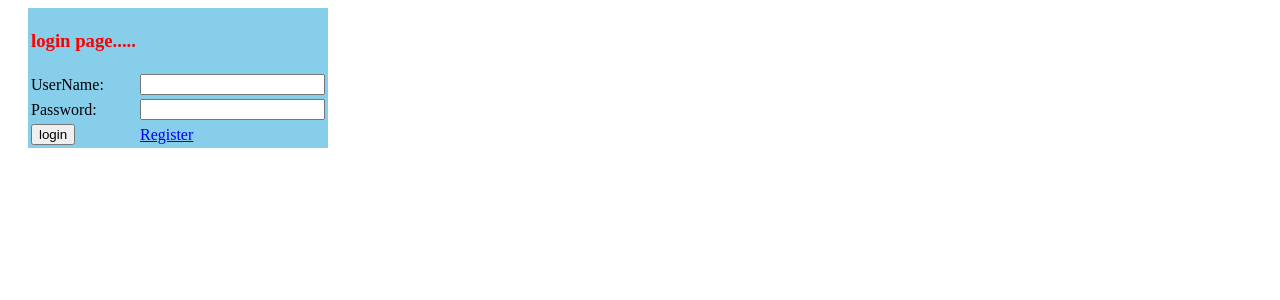
Repository: KeshavDeveloper/Dynamic-web-app
Page: http://localhost/MyRegistrationProject/
These files come from the project's save history. The page is drawn as it stood at one moment and after the next save; the edit follows.
The browser window is 1280 px wide. The pictures show the whole page.
The page is served by Tomcat 9.

Above is the page before, as saved 2018-06-26 21:51:09.

After the next save:
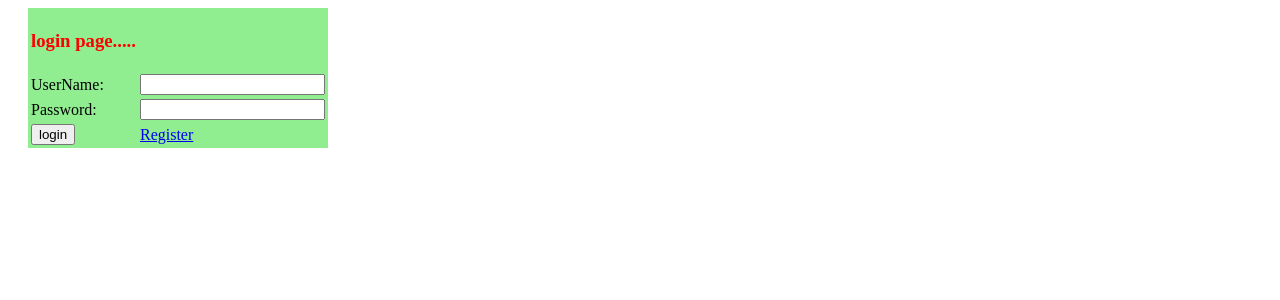
Saved 27 min 56 s later.
--- a/MyRegistrationProject/WebContent/login.jsp
+++ b/MyRegistrationProject/WebContent/login.jsp
@@ -8,7 +8,7 @@
 </head>
 <body>
 <form action="LoginRegister">
-<table style="background-color:skyblue;margin-left:20px;margin-right:20px;">
+<table style="background-color:lightgreen;margin-left:20px;margin-right:20px;">
 <tr>
 <td>   <h3 style="color: red;" >login page.....</h3></td>
 <td></td>
